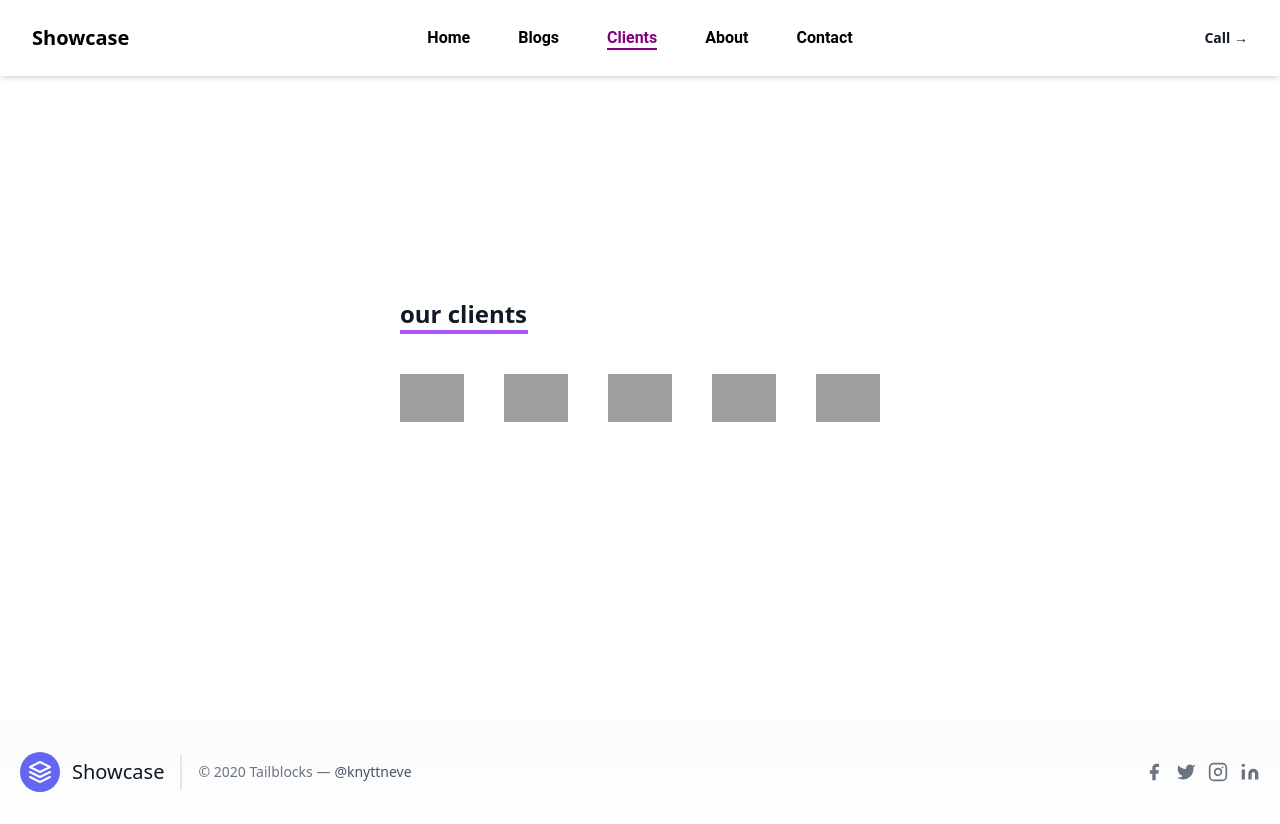
Repository: prashant523580/showcase
Page: /clients
An editor plug-in stored every save of this project. The page is shown before and after the next save, followed by the edit.
The browser window is 1280 px wide. The pictures show the whole page.
Pictures or frames that could not be fetched are drawn as grey boxes. The project was rebuilt for these pictures with package versions that can differ from the ones it lists, and the page was loaded fresh each time. The framework's server and built-in components were replaced by stand-ins that run in the browser. Also part of the build but not shown: next.config.js.

Above is the page before, as saved 2023-03-25 17:37:41.

After the next save:
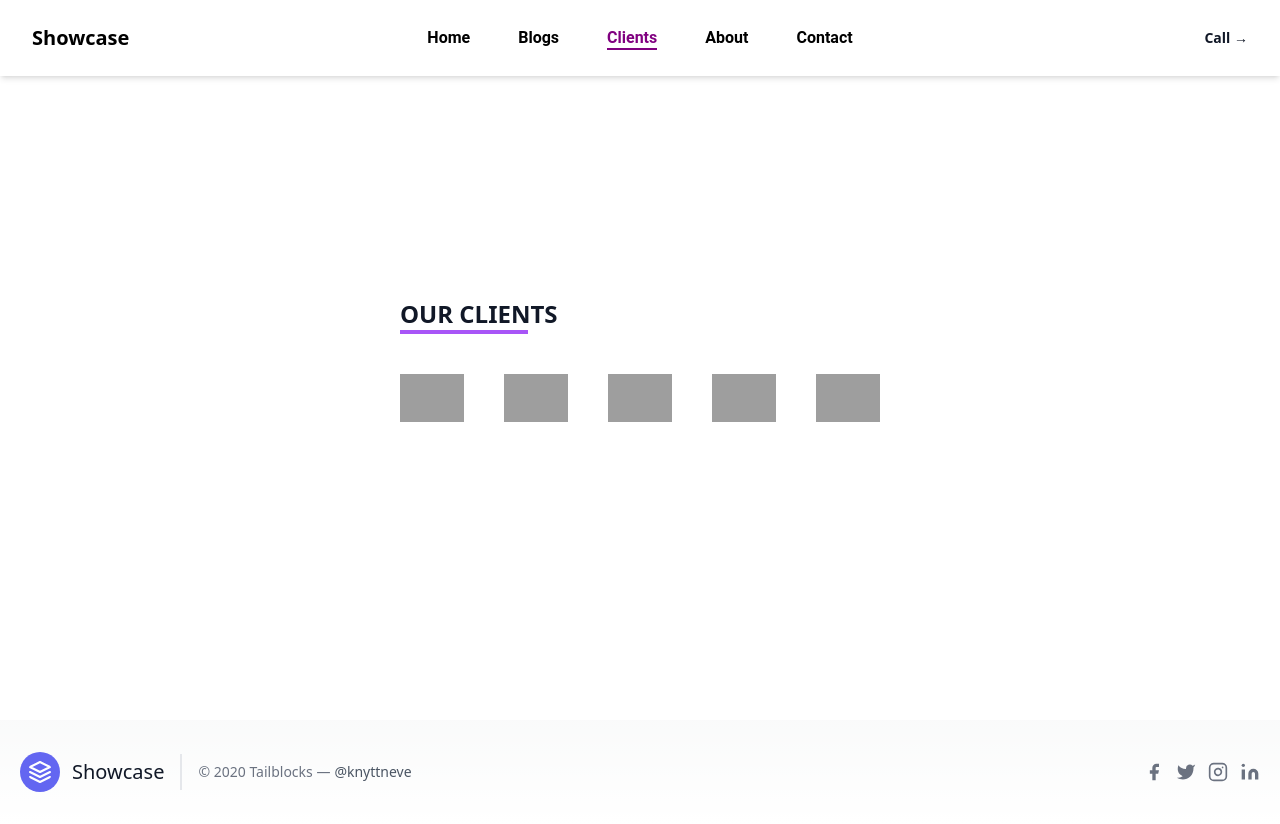
Saved 4 s later.
--- a/src/pages/clients.tsx
+++ b/src/pages/clients.tsx
@@ -2,7 +2,7 @@ export default function Clients() {
     return (
       <div className="bg-white py-24 sm:py-32 h-[100vh] flex flex-col justify-center items-center">
         <div className="mx-auto max-w-7xl px-6 lg:px-8">
-          <h2 className="text-2xl font-semibold leading-8 text-gray-900">
+          <h2 className="text-2xl uppercase font-semibold leading-8 text-gray-900">
            our clients
           </h2>
           <div className="h-1 w-32 bg-purple-500"></div>
